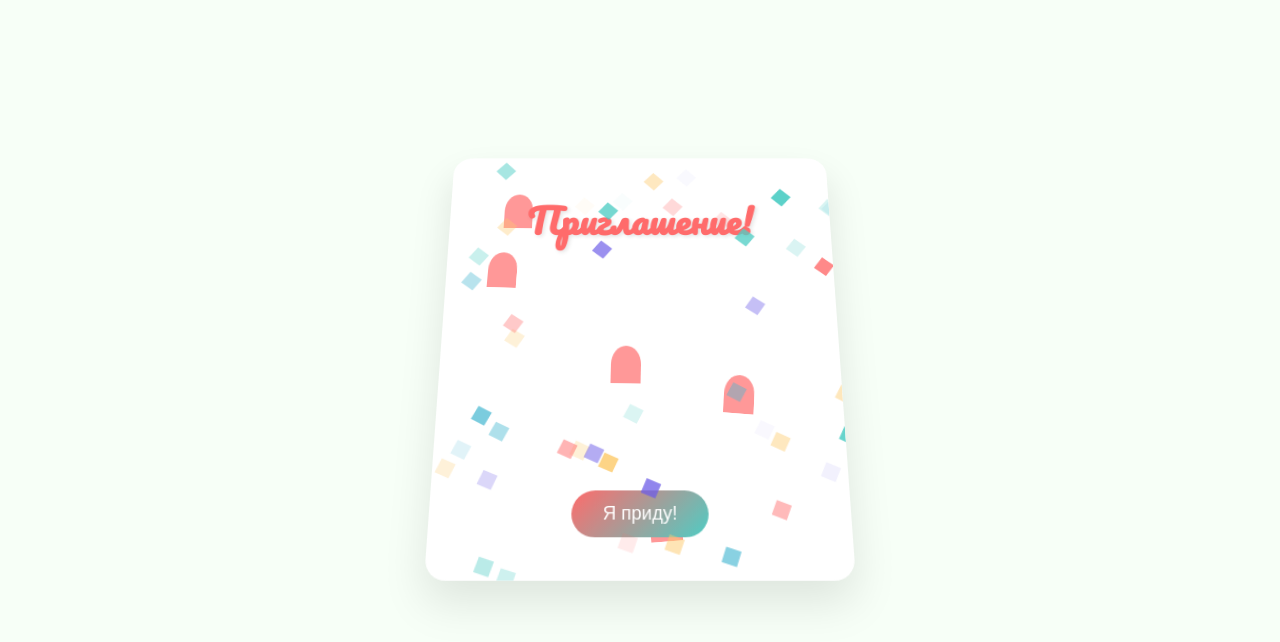
Repository: ll9llall9ll/users-management
Page: templates/birthday_template_3.html
These files come from the project's save history. The page is drawn as it stood at one moment and after the next save; the edit follows.
The browser window is 1280 px wide. The pictures show the whole page.

Above is the page before, as saved 2025-03-04 18:44:08.

After the next save:
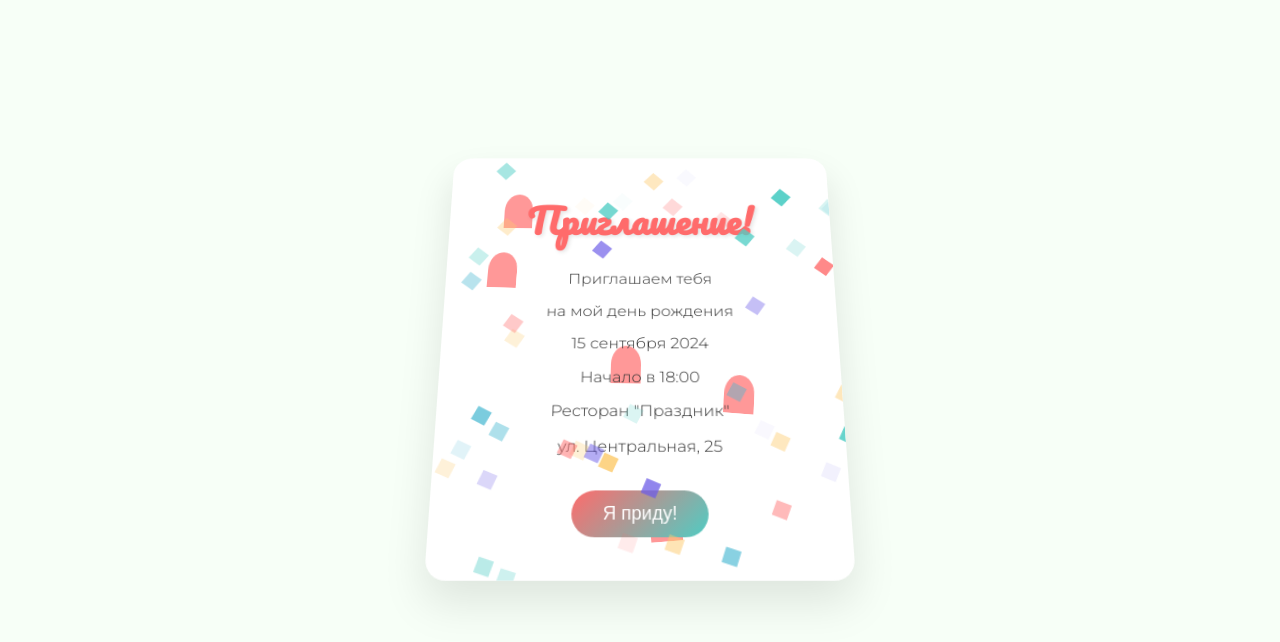
Saved 110 s later.
--- a/templates/birthday_template_3.html
+++ b/templates/birthday_template_3.html
@@ -39,18 +39,12 @@
             position: relative;
             transform-style: preserve-3d;
             transform: rotateX(20deg);
-            transition: all 0.8s ease;
             animation: float 4s ease-in-out infinite;
         }
 
         @keyframes float {
             0%, 100% { transform: rotateX(20deg) translateY(0); }
             50% { transform: rotateX(20deg) translateY(-15px); }
-        }
-
-        .invitation-container:hover {
-            transform: rotateX(0) scale(1.05);
-            box-shadow: 0 30px 50px rgba(0,0,0,0.15);
         }
 
         .confetti-container {
@@ -103,20 +97,6 @@
         .event-detail {
             margin: 10px 0;
             font-weight: 300;
-            position: relative;
-            overflow: hidden;
-        }
-
-        .event-detail span {
-            display: inline-block;
-            transform: translateY(100%);
-            opacity: 0;
-            transition: all 0.5s ease;
-        }
-
-        .invitation-container:hover .event-detail span {
-            transform: translateY(0);
-            opacity: 1;
         }
 
         .btn-confirm {
@@ -129,28 +109,6 @@
             cursor: pointer;
             margin-top: 20px;
             transition: all 0.3s ease;
-            position: relative;
-            overflow: hidden;
-        }
-
-        .btn-confirm::before {
-            content: '';
-            position: absolute;
-            top: 0;
-            left: -100%;
-            width: 100%;
-            height: 100%;
-            background: linear-gradient(120deg, transparent, rgba(255,255,255,0.3), transparent);
-            transition: all 0.6s;
-        }
-
-        .btn-confirm:hover::before {
-            left: 100%;
-        }
-
-        .btn-confirm:hover {
-            transform: scale(1.1);
-            box-shadow: 0 5px 15px rgba(0,0,0,0.2);
         }
 
         .balloon {
@@ -177,22 +135,22 @@
 
         <div class="invitation-details">
             <div class="event-detail">
-                <span>Приглашаем тебя</span>
+                Приглашаем тебя
             </div>
             <div class="event-detail">
-                <span>на мой день рождения</span>
+                на мой день рождения
             </div>
             <div class="event-detail">
-                <span>15 сентября 2024</span>
+                15 сентября 2024
             </div>
             <div class="event-detail">
-                <span>Начало в 18:00</span>
+                Начало в 18:00
             </div>
             <div class="event-detail">
-                <span>Ресторан "Праздник"</span>
+                Ресторан "Праздник"
             </div>
             <div class="event-detail">
-                <span>ул. Центральная, 25</span>
+                ул. Центральная, 25
             </div>
 
             <button class="btn-confirm">Я приду!</button>
